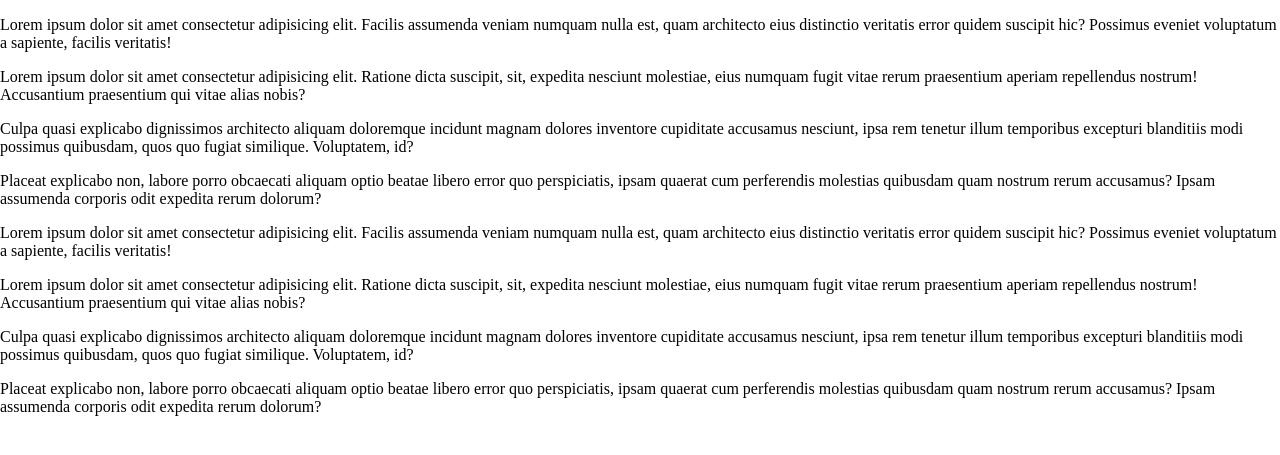
Repository: zuuo/--
Page: 1/index.html
These files come from the project's save history. The page is drawn as it stood at one moment and after the next save; the edit follows.
The browser window is 1280 px wide. The pictures show the whole page.
The style sheet was rebuilt from its Sass, Less or Tailwind sources for each picture, by a compiler version that may differ from the author's.

Above is the page before, as saved 2024-02-29 15:30:11.

After the next save:
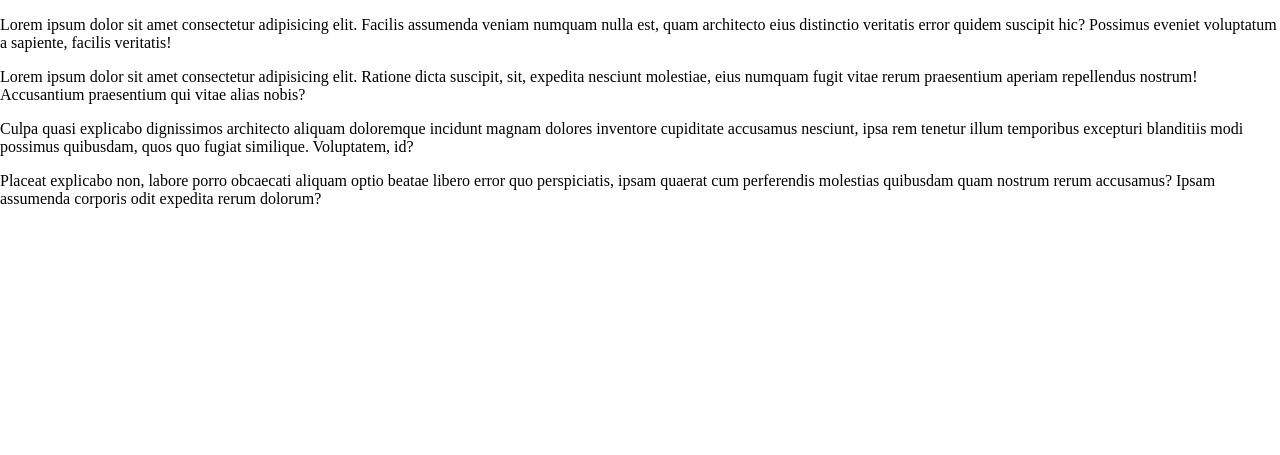
Saved 4 s later.
--- a/1/index.html
+++ b/1/index.html
@@ -18,27 +18,3 @@
     <p>Placeat explicabo non, labore porro obcaecati aliquam optio beatae libero error quo perspiciatis, ipsam quaerat cum perferendis molestias quibusdam quam nostrum rerum accusamus? Ipsam assumenda corporis odit expedita rerum dolorum?
     </p>
 </body>
-<!DOCTYPE html>
-<html lang="en">
-
-<head>
-    <meta charset="UTF-8">
-    <meta name="viewport" content="width=device-width, initial-scale=1.0">
-    <title>Document</title>
-    <link rel="stylesheet" href="./style.css">
-</head>
-
-<body>
-    <p>Lorem ipsum dolor sit amet consectetur adipisicing elit. Facilis assumenda veniam numquam nulla est, quam architecto eius distinctio veritatis error quidem suscipit hic? Possimus eveniet voluptatum a sapiente, facilis veritatis!
-    </p>
-    <p>Lorem ipsum dolor sit amet consectetur adipisicing elit. Ratione dicta suscipit, sit, expedita nesciunt molestiae, eius numquam fugit vitae rerum praesentium aperiam repellendus nostrum! Accusantium praesentium qui vitae alias nobis?</p>
-    <p>Culpa quasi explicabo dignissimos architecto aliquam doloremque incidunt magnam dolores inventore cupiditate accusamus nesciunt, ipsa rem tenetur illum temporibus excepturi blanditiis modi possimus quibusdam, quos quo fugiat similique. Voluptatem,
-        id?
-    </p>
-    <p>Placeat explicabo non, labore porro obcaecati aliquam optio beatae libero error quo perspiciatis, ipsam quaerat cum perferendis molestias quibusdam quam nostrum rerum accusamus? Ipsam assumenda corporis odit expedita rerum dolorum?
-    </p>
-</body>
-
-</html>
-
-</html>
